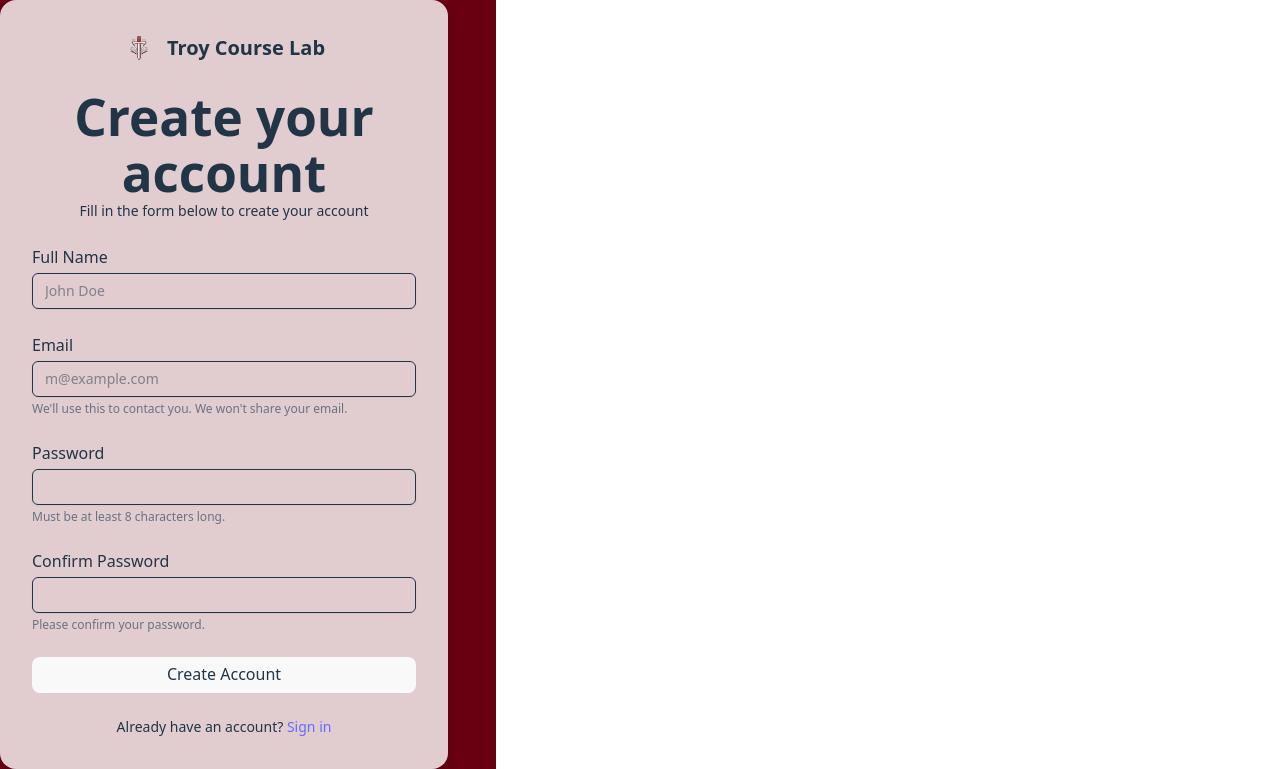
Repository: toilatrung/auth-ui-kit
Page: /register
These files come from the project's save history. The page is drawn as it stood at one moment and after the next save; the edit follows.
The browser window is 1280 px wide. The pictures show the whole page.
The project was rebuilt for these pictures with package versions that can differ from the ones it lists, and the page was loaded fresh each time. Also part of the build but not shown: vite.config.ts, src/pages/LoginPage.tsx.

Above is the page before, as saved 2025-11-01 17:27:04.

After the next save:
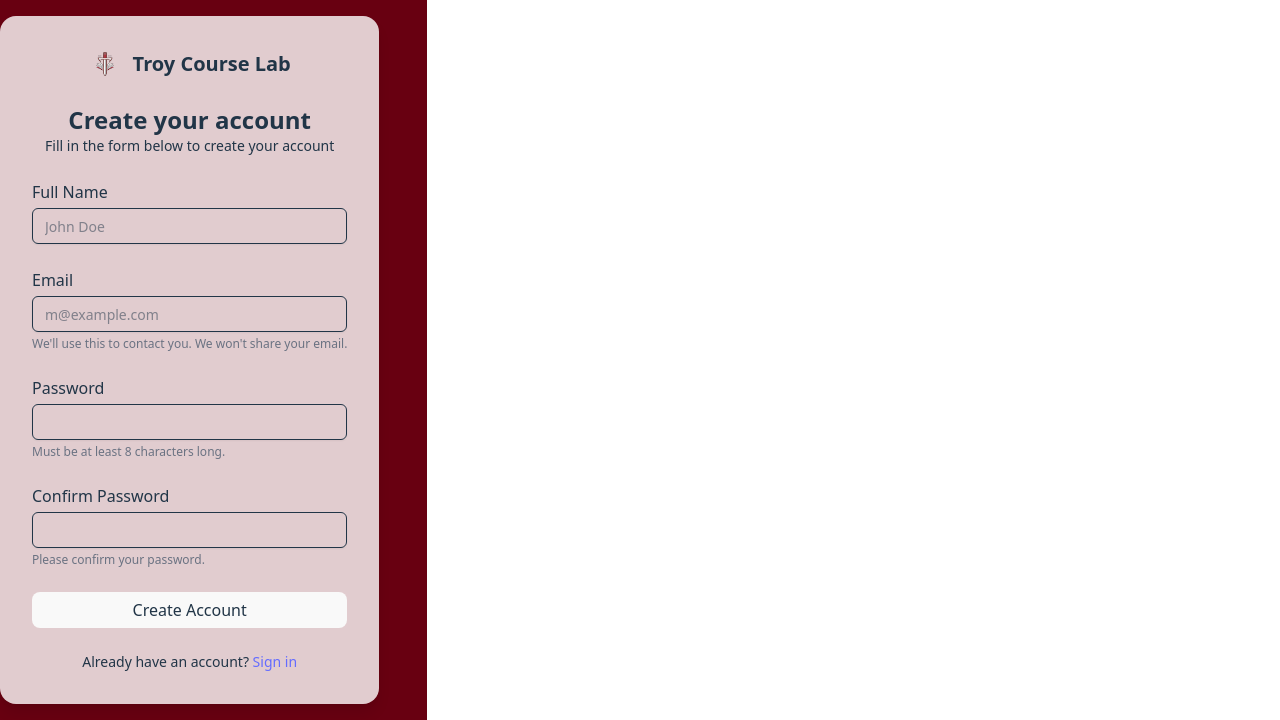
Saved 41 s later.
--- a/src/components/auth/register-form.tsx
+++ b/src/components/auth/register-form.tsx
@@ -39,7 +39,7 @@
       {...props}
     >
       <div className="text-center">
-        <h1 className="text-2xl font-bold">Create your account</h1>
+        <h2 className="text-2xl font-bold">Create your account</h2>
         <p className="text-muted-foreground text-sm">
           Fill in the form below to create your account
         </p>
